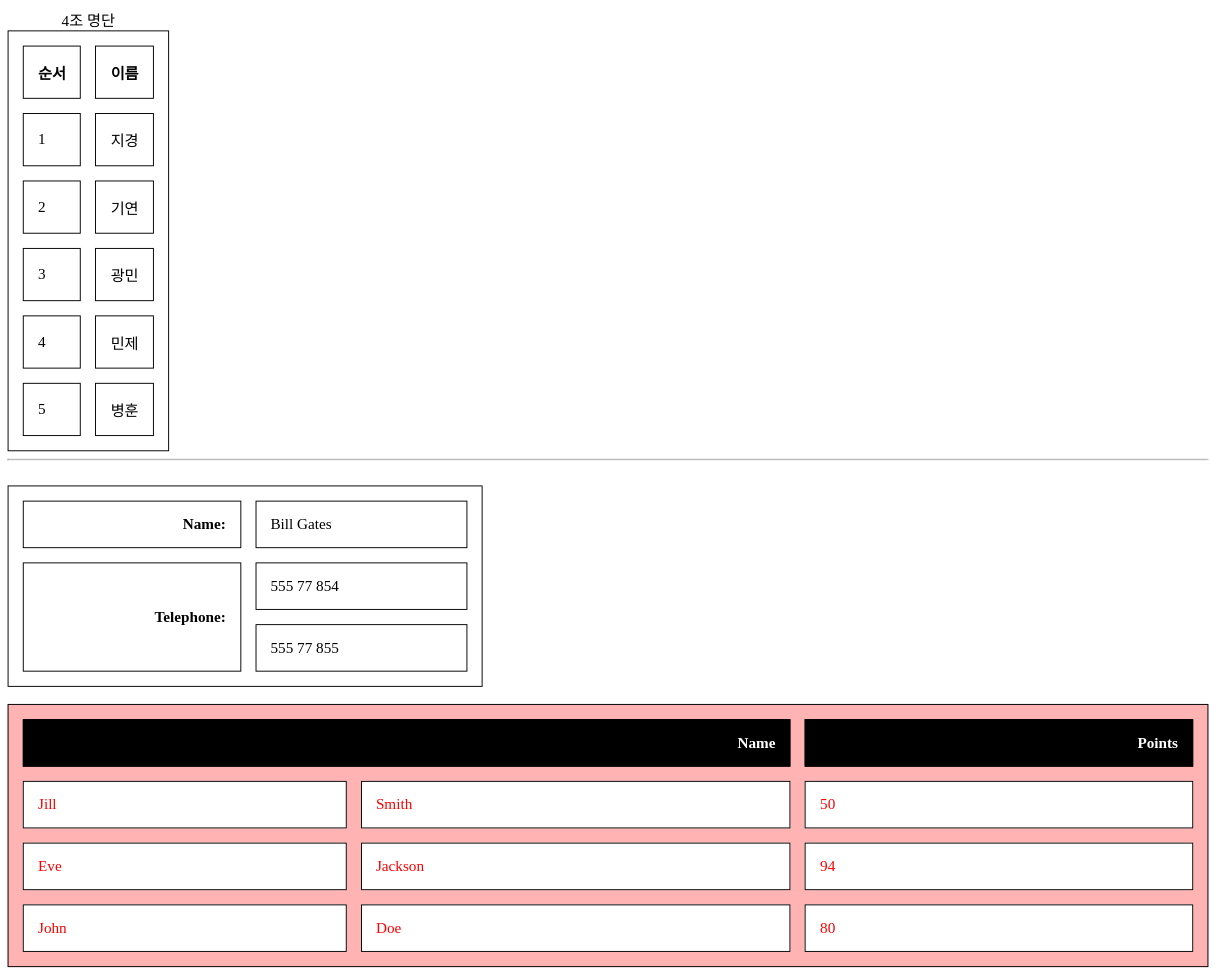
Repository: BaekJiGyeong/JSP
Page: http://localhost/Table/
The author's editor kept a copy of each file at every save. The page is drawn from the files as they stood at one save, then again after the next save.
The browser window is 1280 px wide. The pictures show the whole page, at 95% of full size.
The page is served by Tomcat 9.

Above is the page before, as saved 2016-02-03 01:08:53.

### Table/WebContent/index.jsp
<%@ page language="java" contentType="text/html; charset=UTF-8"
	pageEncoding="UTF-8"%>

<%
	String[] names = new String[] { "지경", "기연", "광민", "민제", "병훈" };
%>

<!DOCTYPE html >
<html>
<head>
<style>
table, th, td {
	border: 1px solid black;
	/*border-collapse: collapse;*/
	border-spacing: 15px;
	cellpadding : 10px;
}

th, td {
	padding: 15px;
}
th {
    text-align: right;
}
table#t01 {
    width: 100%;
    background-color: #ffb3b3;
}

table#t01 th {
	background-color: black;
	color: white;
	valign : bottem;
}
table#t02 {
top : 20px;
}

table#t01 td {
	background-color: white;
	color: red;
}
</style>
<meta http-equiv="Content-Type" content="text/html; charset=UTF-8">
<title>지경이 JSP연습</title>

</head>
<body>

	<table id= "t02" >
		<caption>4조 명단</caption>
		<tr>
			<th>순서</th>
			<th>이름</th>
		</tr>
		<%
			for (int i = 0; i < 5; i++) {
		%>
		<tr>
			<td><%=i + 1%></td>
			<td><%=names[i]%></td>
		</tr>
		<%
			}
		%>

	</table>

	<hr />
	<br />
	<table style="width: 500px">
		<tr>
			<th>Name:</th>
			<td>Bill Gates</td>
		</tr>
		<tr>
			<th rowspan="2">Telephone:</th>
			<td>555 77 854</td>
		</tr>
		<tr>
			<td>555 77 855</td>
		</tr>
	</table>
	<br />
	<table id= "t01" >
		<tr>
			<th colspan="2">Name</th>
			<th>Points</th>
		</tr>
		<tr>
			<td>Jill</td>
			<td>Smith</td>
			<td>50</td>
		</tr>
		<tr>
			<td>Eve</td>
			<td>Jackson</td>
			<td>94</td>
		</tr>
		<tr>
			<td>John</td>
			<td>Doe</td>
			<td>80</td>
		</tr>
	</table>




</body>
</html>

After the next save:
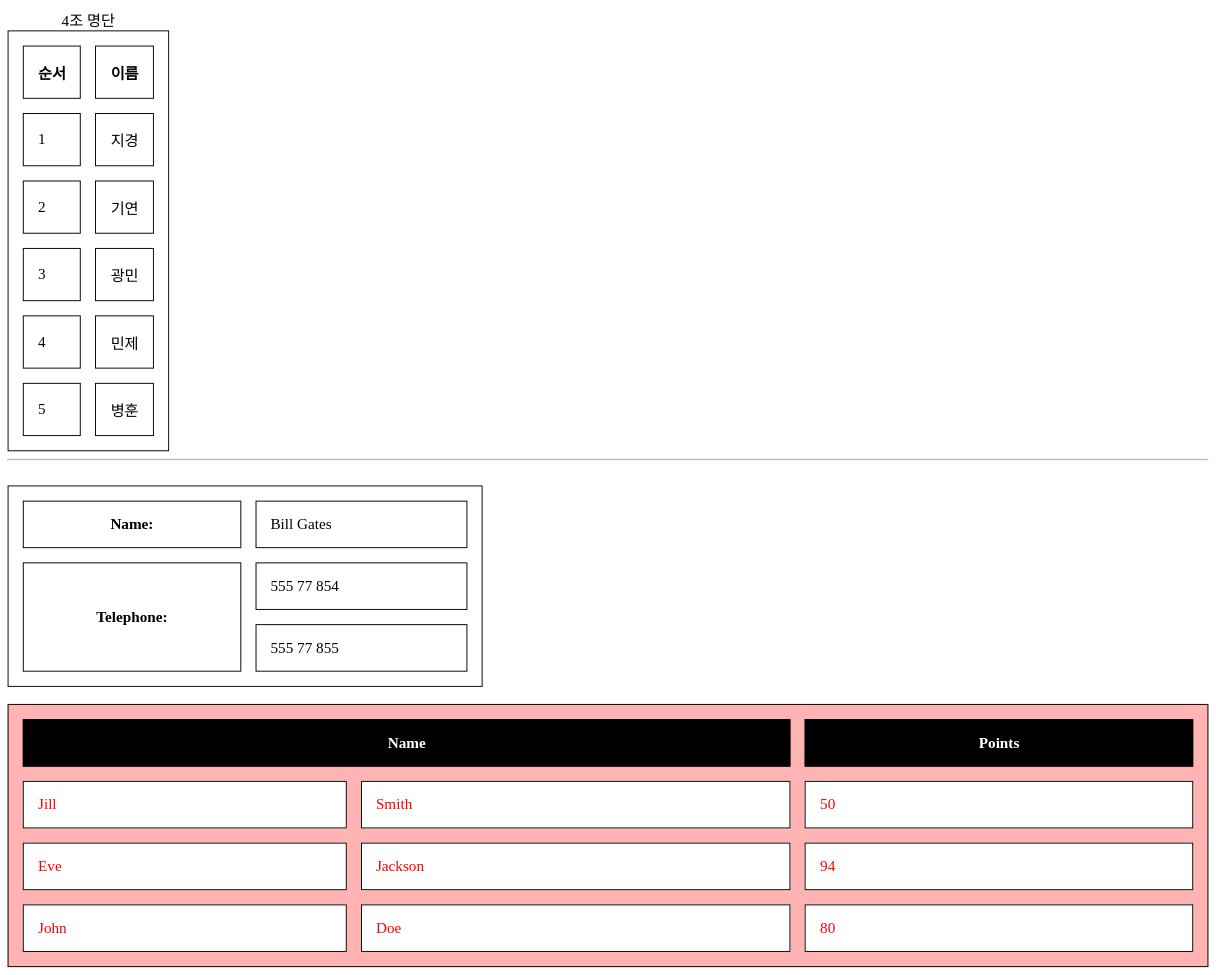
Saved 2 min 11 s later.
--- a/Table/WebContent/index.jsp
+++ b/Table/WebContent/index.jsp
@@ -20,7 +20,7 @@ th, td {
 	padding: 15px;
 }
 th {
-    text-align: right;
+    text-align: bottom;
 }
 table#t01 {
     width: 100%;
